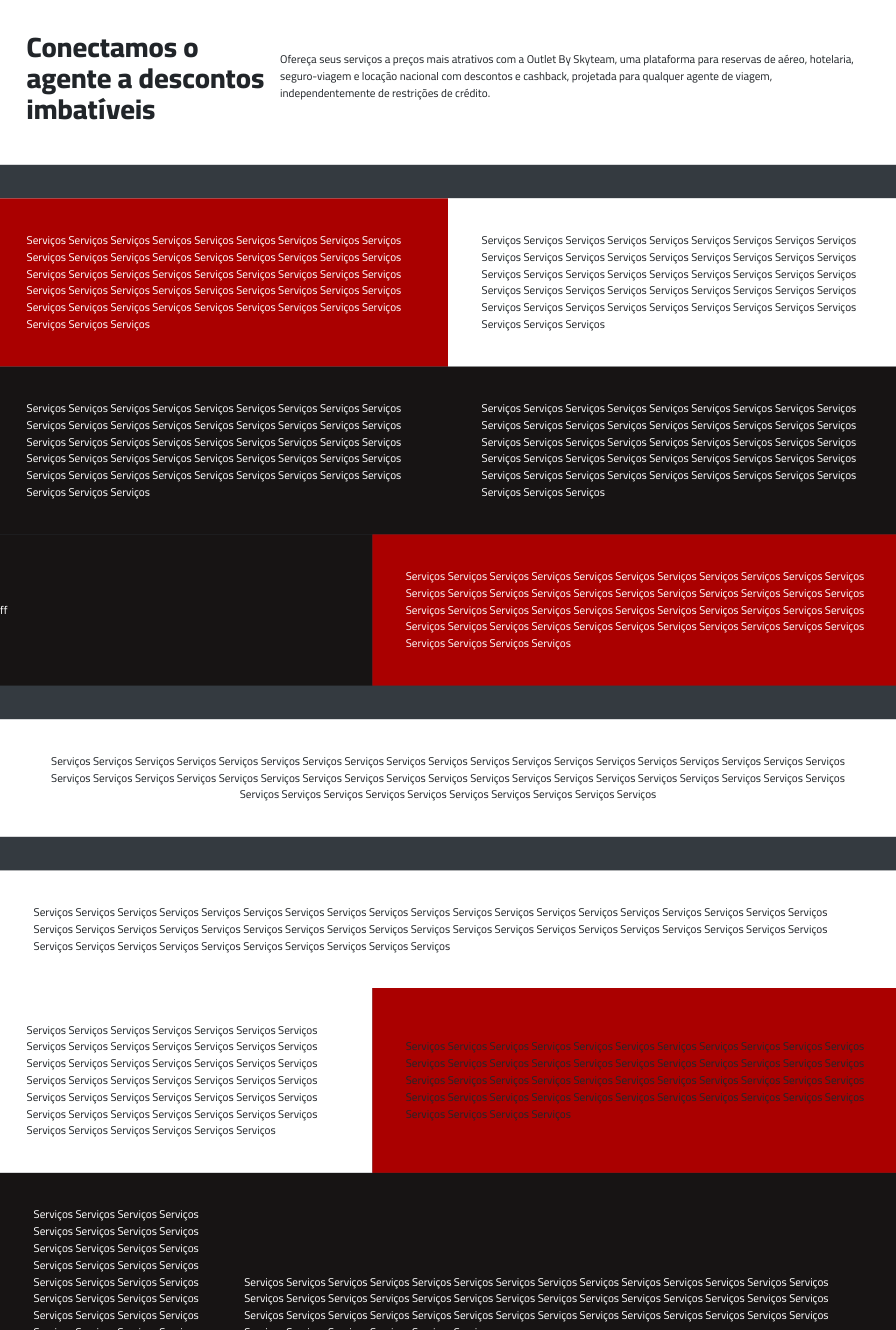
Repository: SkyTeam-Dev/Outlet_Site
Page: Site/index.html
The author's editor kept a copy of each file at every save. The page is drawn from the files as they stood at one save, then again after the next save.
The browser window is 1280 px wide. The pictures show the part of the page from y = 1008 to 2908 px (the page is 3116 px tall before and 3040 px after), at 70% of full size.
Some web libraries are served in a nearby version.

Above is the page before, as saved 2025-03-21 09:17:24.

After the next save:
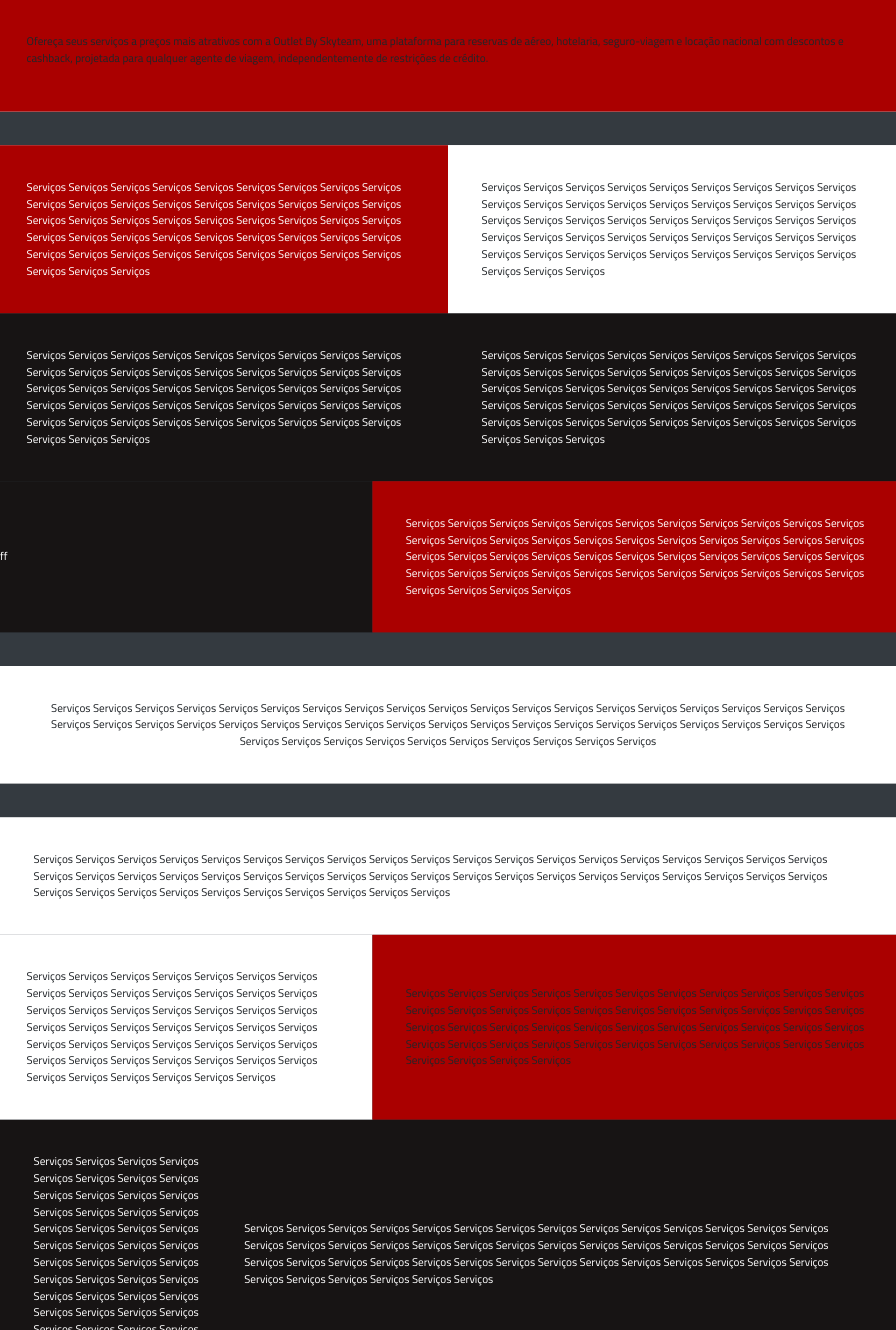
Saved 37 s later.
--- a/Site/index.html
+++ b/Site/index.html
@@ -230,8 +230,9 @@
 
 
             <div class="row bg-white mb-5">
-                <div id="Servicos" class="col-xl-12 CentralizadorDeConteudo p-5">
-                    <h1 class="font-weight-bold">Conectamos o agente a descontos imbatíveis</h1>
+                <div id="Servicos" class="col-xl-12 CentralizadorDeConteudo bg-primary p-5">
+                    <div></div>
+
                     <br/>
                     <p>
                         Ofereça seus serviços a preços mais atrativos com a Outlet By Skyteam, uma plataforma para reservas de aéreo, hotelaria, seguro-viagem e locação nacional com descontos e cashback, projetada para qualquer agente de viagem, independentemente de restrições de crédito.
